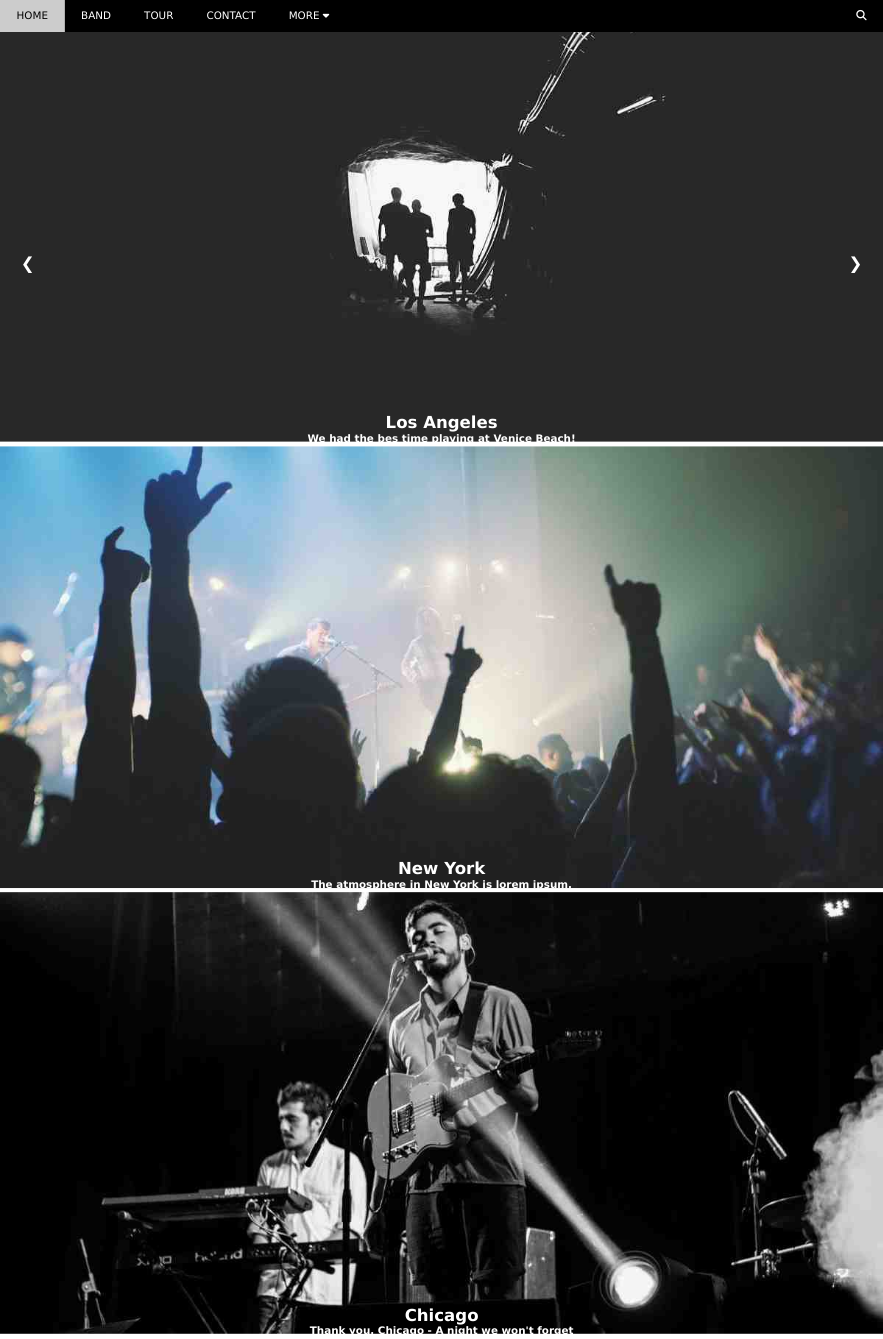
Repository: tam1512/The-Band
Page: index.html
An editor plug-in stored every save of this project. The page is shown before and after the next save, followed by the edit.
The browser window is 1280 px wide. The pictures show the whole page, at 69% of full size.
Some web libraries are served in a nearby version.

Above is the page before, as saved 2022-07-22 16:04:21.

### index.html
<!DOCTYPE html>
<html lang="en">
  <head>
    <meta charset="UTF-8" />
    <meta http-equiv="X-UA-Compatible" content="IE=edge" />
    <meta name="viewport" content="width=device-width, initial-scale=1.0" />
    <link
      rel="stylesheet"
      href="https://cdnjs.cloudflare.com/ajax/libs/font-awesome/6.1.1/css/all.min.css"
      integrity="sha512-KfkfwYDsLkIlwQp6LFnl8zNdLGxu9YAA1QvwINks4PhcElQSvqcyVLLD9aMhXd13uQjoXtEKNosOWaZqXgel0g=="
      crossorigin="anonymous"
      referrerpolicy="no-referrer"
    />
    <link rel="stylesheet" href="./assets/css/style.css" />
    <title>The Band</title>
  </head>
  <body>
    <div class="container">
      <div class="header" id="home">
        <ul id="nav">
          <li><a href="#home">HOME</a></li>
          <li><a href="#band">BAND</a></li>
          <li><a href="#tour">TOUR</a></li>
          <li><a href="#contact">CONTACT</a></li>
          <li class="dropdown">
            <a href="javascript:void(0)" class="dropbtn">
              MORE
              <i class="fa-solid fa-caret-down"></i>
            </a>
            <div class="dropdown-content">
              <a href="#">Merchandise</a>
              <a href="#">Extras</a>
              <a href="#">Media</a>
            </div>
          </li>
        </ul>
        <div id="search">
          <i class="fa-solid fa-magnifying-glass color-white"></i>
        </div>
      </div>
      <!-- Slideshow container -->
      <div class="slideshow-container">
        <!-- Full-width image with caption text -->
        <div class="mySlides fade">
          <img src="assets/img/la.jpg" alt="Los Angeles" />
          <div class="text color-white">
            <h3 class="fz-24">Los Angeles</h3>
            <p>
              <b>We had the bes time playing at Venice Beach!</b>
            </p>
          </div>
        </div>

        <div class="mySlides fade">
          <img src="assets/img/ny.jpg" alt="New York" />
          <div class="text color-white">
            <h3 class="fz-24">New York</h3>
            <p>
              <b>The atmosphere in New York is lorem ipsum.</b>
            </p>
          </div>
        </div>

        <div class="mySlides fade">
          <img src="assets/img/chicago.jpg" alt="Chicago" />
          <div class="text color-white">
            <h3 class="fz-24">Chicago</h3>
            <p>
              <b>Thank you, Chicago - A night we won't forget</b>
            </p>
          </div>
        </div>

        <!-- Next and previous buttons -->
        <a class="prev" onclick="plusSlides(-1)">&#10094</a>
        <a class="next" onclick="plusSlides(1)">&#10095</a>
      </div>
      <br>

      <!-- The dots/circles -->
      <div class="dots">
        <span class="dot" onclick="currentSlide(1)"></span>
        <span class="dot" onclick="currentSlide(2)"></span>
        <span class="dot" onclick="currentSlide(3)"></span>
      </div>
    </div>
  </body>
</html>

### assets/css/style.css
:root {
}

* {
  padding: 0;
  margin: 0;
  box-sizing: border-box;
}

body {
  font-family: Verdana, sans-serif;
  font-size: 15px;
  line-height: 22.5px;
}

.fz-24 {
  font-size: 24px;
}

.fz-30 {
  font-size: 30px;
}

.color-white {
  color: white;
}

.padding-64-16 {
  padding: 64px 16px !important;
}

.padding-32-16 {
  padding: 32px 16px !important;
}

.margin-0-24 {
  margin: 0 24px !important;
}

.header {
  position: fixed;
  top: 0;
  right: 0;
  left: 0;
  z-index: 2;
}

#nav {
  list-style-type: none;
  background-color: #000;
  overflow: hidden;
}

#nav > li {
  float: left;
}

#nav > li > a,
.dropbtn {
  display: inline-block;
  padding: 12px 24px;
  text-align: center;
  color: #fff;
  text-decoration: none;
}

#nav > li > a:hover,
.dropdown:hover,
.dropbtn:hover,
.dropdown-content a:hover {
  background-color: #ccc;
  color: black;
}

li.dropdown {
  display: inline-block;
  /* position: relative; */
}

.dropdown-content {
  display: none;
  position: absolute;
  min-width: 160px;
  background-color: #fff;
  box-shadow: 0px 8px 16px 0px rgba(0, 0, 0, 0.2);
  z-index: 1;
}

.dropdown-content a {
  color: #000 !important;
  text-align: left;
  padding: 8px 16px;
  display: block;
  text-decoration: none;
}

.dropdown:hover .dropdown-content {
  display: block;
}

#search {
  position: absolute;
  top: 0;
  right: 0;
  padding: 12px 24px;
}

#search:hover {
  background-color: #f44336;
}

/* Slider */
/* Slideshow container */
.slideshow-container {
  max-width: 100%;
  height: 674px;
  position: relative;
  margin: auto;
}

/* Hide the images by default */
.mySlides {
  display: block;
}

.mySlides img {
  width: 100%;
  height: 100%;
}

/* Next & previous buttons */
.prev,
.next {
  cursor: pointer;
  position: absolute;
  top: 50%;
  /* width: auto; */
  /* margin-top: -22px; */
  margin: 10px;
  padding: 24px 20px;
  color: #fff;
  font-weight: bold;
  font-size: 24px;
  transition: 0.6s ease;
  border-radius: 5px 5px 5px 5px;
  user-select: none;
}

/* Position the "next button" to the right */
.next {
  right: 0;
  border-radius: 5px 5px 5px 5px;
}

/* On hover, add a black backgroound color with a little bit see-through */
.prev:hover,
.next:hover {
  background-color: rgba(0, 0, 0, 0.8);
}

/* Caption text */
.text {
  position: absolute;
  left: 50%;
  transform: translate(-50%, -100%);
  text-align: center;
}

After the next save:
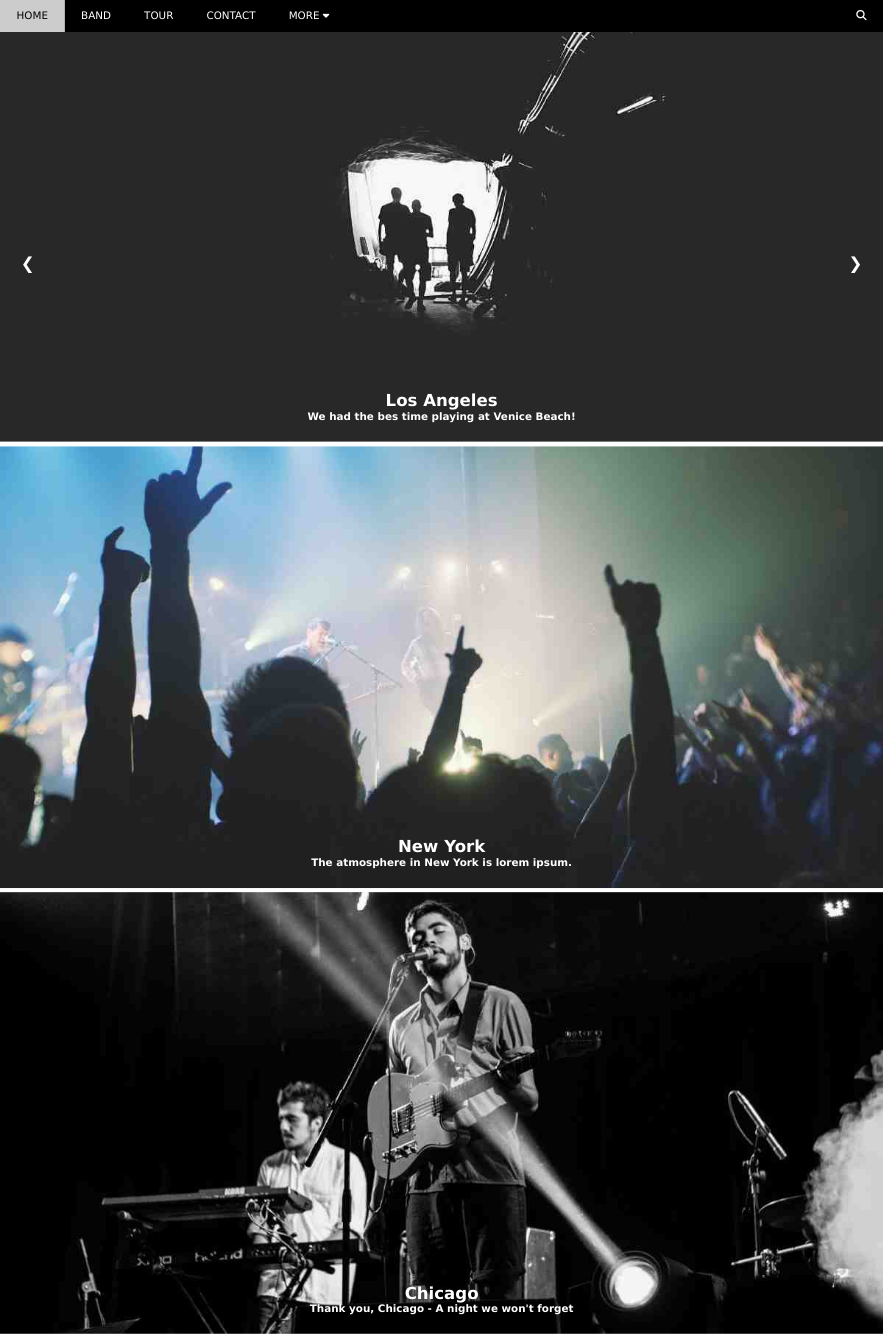
Saved 40 s later.
--- a/index.html
+++ b/index.html
@@ -43,7 +43,7 @@
         <!-- Full-width image with caption text -->
         <div class="mySlides fade">
           <img src="assets/img/la.jpg" alt="Los Angeles" />
-          <div class="text color-white">
+          <div class="text padding-32-16 color-white">
             <h3 class="fz-24">Los Angeles</h3>
             <p>
               <b>We had the bes time playing at Venice Beach!</b>
@@ -53,7 +53,7 @@
 
         <div class="mySlides fade">
           <img src="assets/img/ny.jpg" alt="New York" />
-          <div class="text color-white">
+          <div class="text padding-32-16 color-white">
             <h3 class="fz-24">New York</h3>
             <p>
               <b>The atmosphere in New York is lorem ipsum.</b>
@@ -63,7 +63,7 @@
 
         <div class="mySlides fade">
           <img src="assets/img/chicago.jpg" alt="Chicago" />
-          <div class="text color-white">
+          <div class="text padding-32-16 color-white">
             <h3 class="fz-24">Chicago</h3>
             <p>
               <b>Thank you, Chicago - A night we won't forget</b>
